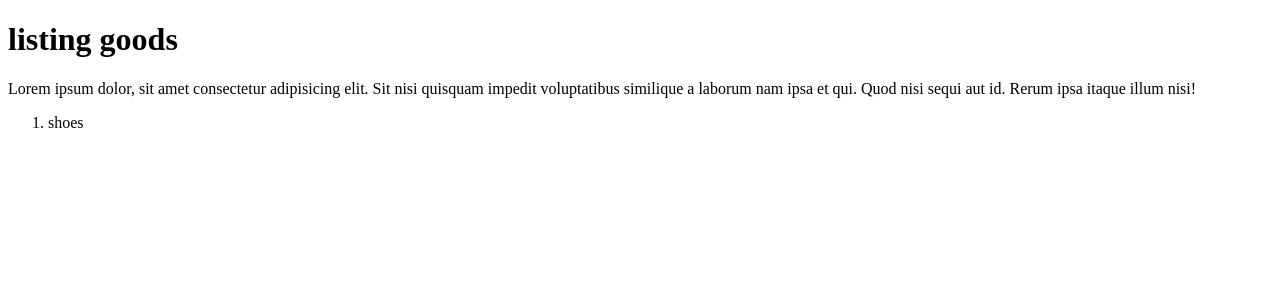
Repository: shanicenaliakanyongesa/Shanice
Page: templates/list.html
These files come from the project's save history. The page is drawn as it stood at one moment and after a run of saves; the edit follows.
The browser window is 1280 px wide. The pictures show the whole page.
The page is served by the project's application, run on Flask 3 (app.py). The template is opened directly, without the code that normally fills it, so the values that code supplies are empty.

Above is the page before, as saved 2024-02-14 15:57:21.

### Desktop/shaniceflask/templates/list.html
<!DOCTYPE html>
<html lang="en">
<head>
    <meta charset="UTF-8">
    <meta name="viewport" content="width=device-width, initial-scale=1.0">
    <title>Document</title>
</head>
<body>
    <h1>listing goods</h1>
    <p>Lorem ipsum dolor, sit amet consectetur adipisicing elit. Sit nisi quisquam impedit voluptatibus similique a laborum nam ipsa et qui. Quod nisi sequi aut id. Rerum ipsa itaque illum nisi!</p>
    <ol>
        <li>shoes</li>
    </ol>
</body>
</html>

### Desktop/shaniceflask/app.py
from flask import *
#We name our flask
app=Flask(__name__)
#we route then create function that returns a value hello
@app.route('/hello')
def hello():
    return 'hello'
#we are routing the function goods
@app.route('/goods')
def goods():
    return 'buy goods today'
@app.route('/contact')
def contact():
    return 'contact us now'
@app.route('/tumaini')
def tumaini():
    return render_template('tumaini.html')






#displaying or running the code we do the following
#If the code/script runs here in the main virtual window we are using,
#it should run and debug
if (__name__)==('__main__'):
    app.run(debug=True)

After the next 2 saves:
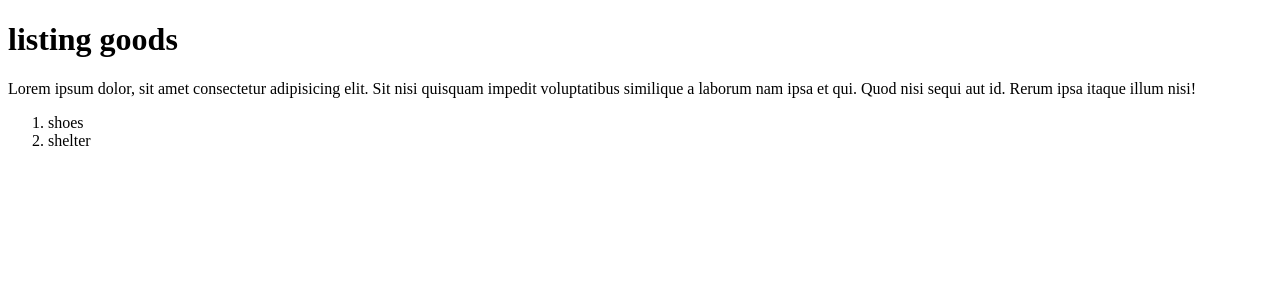
The 2 saves are shown as one change because they came seconds apart.
The last was saved 8 s later.
--- a/Desktop/shaniceflask/templates/list.html
+++ b/Desktop/shaniceflask/templates/list.html
@@ -10,6 +10,7 @@
     <p>Lorem ipsum dolor, sit amet consectetur adipisicing elit. Sit nisi quisquam impedit voluptatibus similique a laborum nam ipsa et qui. Quod nisi sequi aut id. Rerum ipsa itaque illum nisi!</p>
     <ol>
         <li>shoes</li>
+        <li>shelter</li>
     </ol>
 </body>
 </html>
